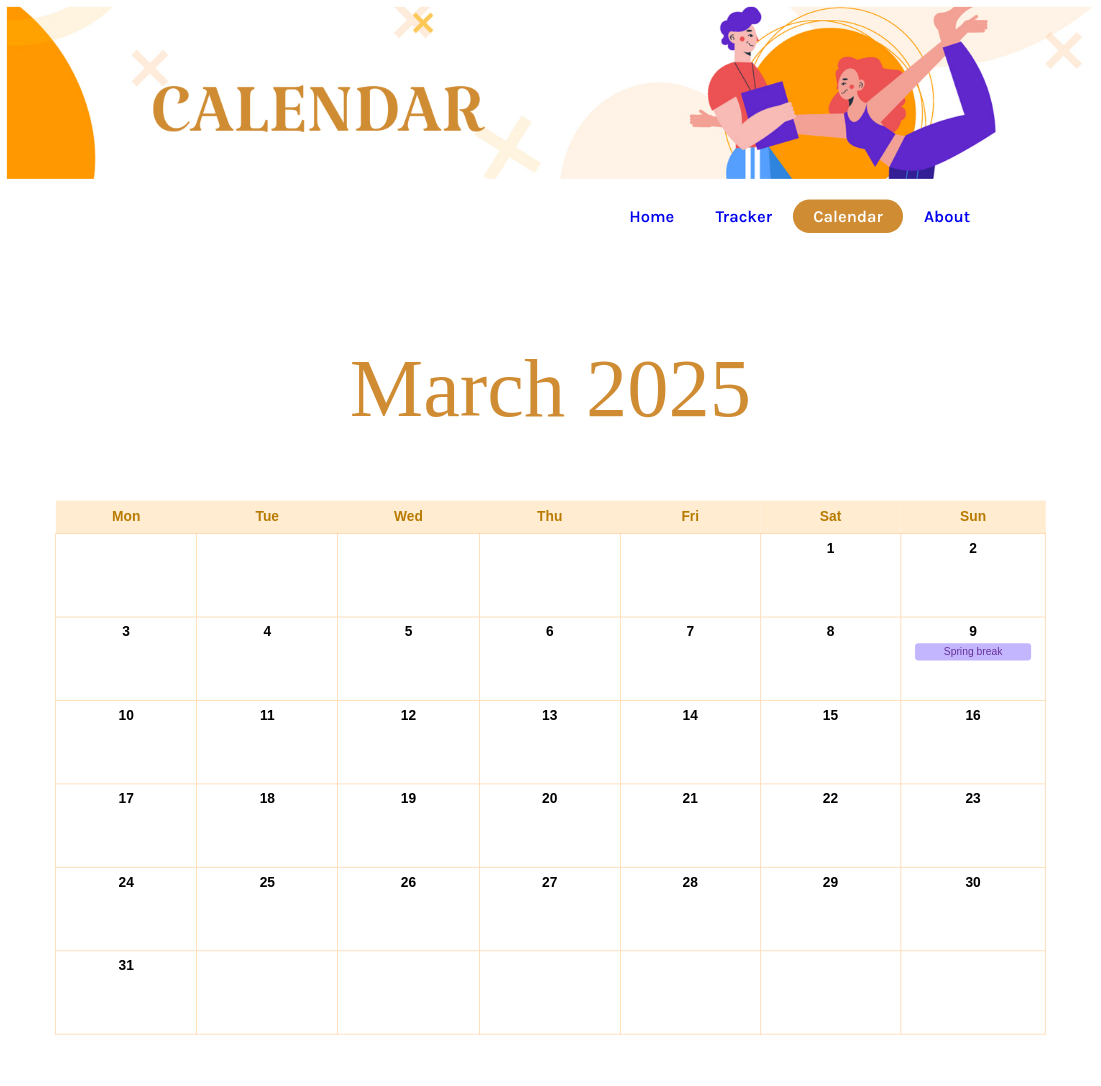
Repository: SandyLy453/habit-tracker
Page: http://localhost/calendar?month=1&year=2025
The author's editor kept a copy of each file at every save. The page is drawn from the files as they stood at one save, then again after the next save.
The browser window is 1280 px wide. The pictures show the whole page, at 86% of full size.
The page is served by the project's Node server (server.js).

Above is the page before, as saved 2025-03-16 17:27:56.

After the next save:
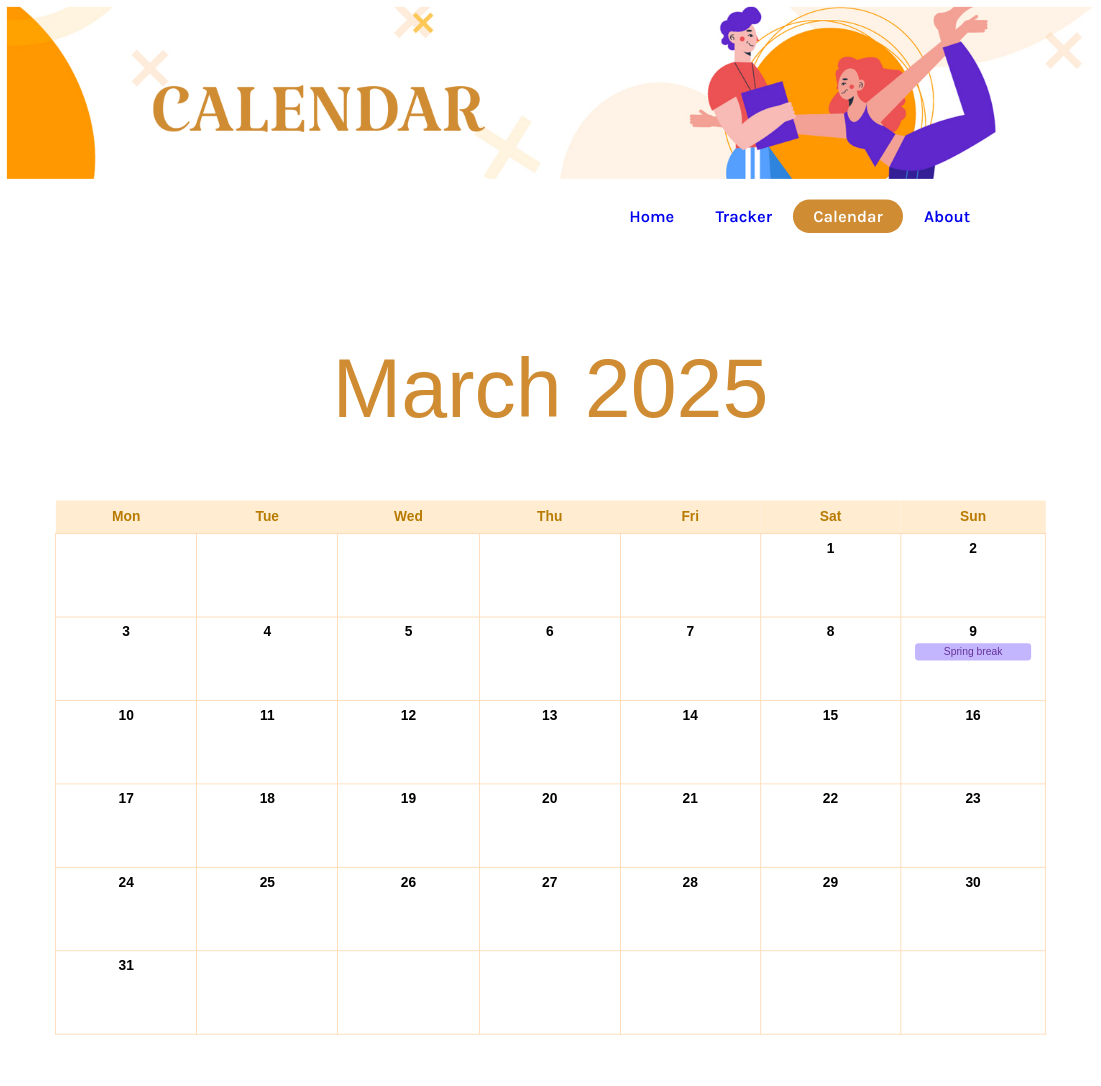
Saved 9 s later.
--- a/public/styles.css
+++ b/public/styles.css
@@ -348,7 +348,7 @@
 
 #month-year {
     color: #CF8C33;
-    font-family: 'Katibeh', cursive;
+    font-family: 'Katibeh', sans-serif;
     font-size: 96px;
     font-style: normal;
     font-weight: 400;

After the save that followed:
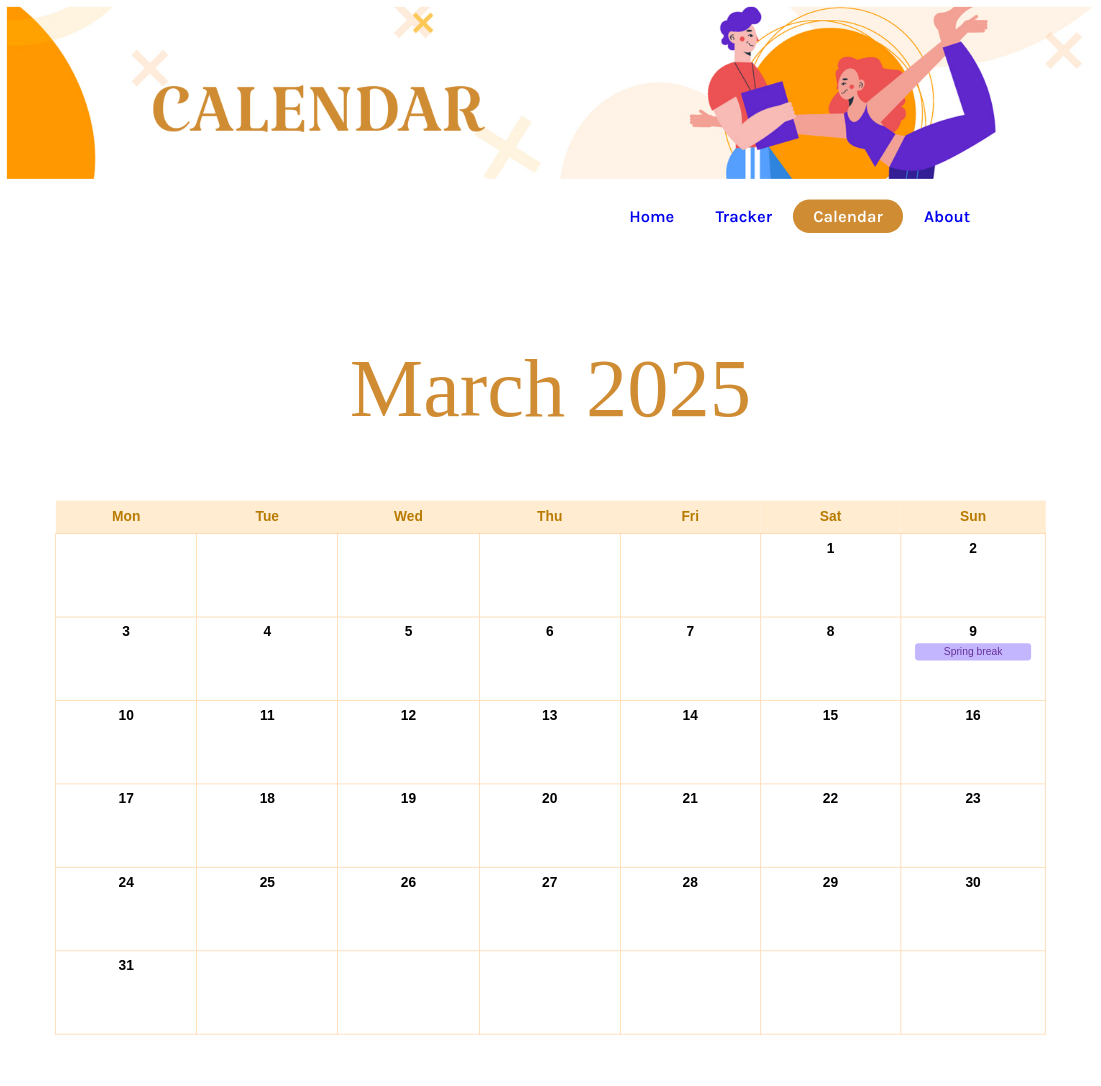
Saved 7 s later.
--- a/public/styles.css
+++ b/public/styles.css
@@ -348,7 +348,7 @@
 
 #month-year {
     color: #CF8C33;
-    font-family: 'Katibeh', sans-serif;
+    font-family: 'Katibeh', serif;
     font-size: 96px;
     font-style: normal;
     font-weight: 400;
